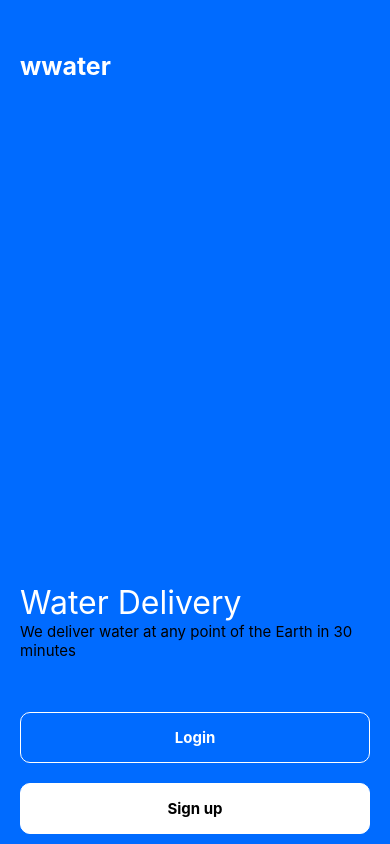
Repository: mtuguldr/myproject
Screen: /
An editor plug-in stored every save of this project. The screen is shown before and after a run of saves, followed by the edit.
The app was drawn by React Native's web renderer in a window 390 px wide. The project was rebuilt for these pictures with package versions that can differ from the ones it lists, and the page was loaded fresh each time. Also part of the build but not shown: app/Screens/HomeScreen.js.

Above is the screen before, as saved 2021-10-20 15:47:00.

After the next 2 saves:
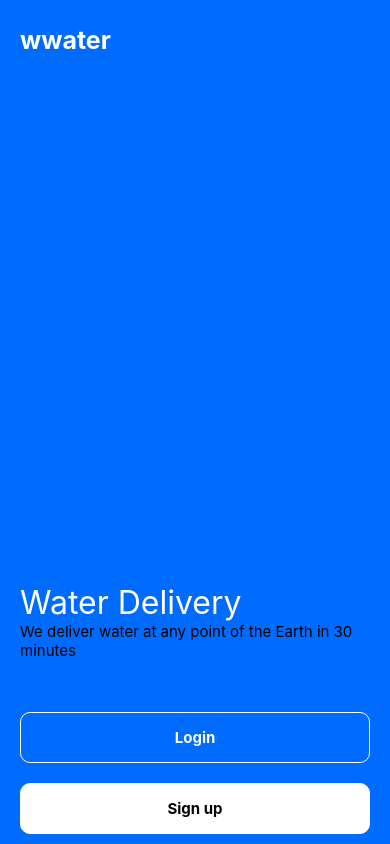
The 2 saves are shown as one change because 1 did not build or start.
The last was saved 27 s later.
--- a/app/Screens/StartScreen.js
+++ b/app/Screens/StartScreen.js
@@ -1,6 +1,5 @@
 import React from 'react'
-import { StyleSheet, Text, View } from 'react-native'
-import DeviceInfo from 'react-native-device-info'
+import { Platform, StyleSheet, Text, View } from 'react-native'
 
 import Background from '../components/Background'
 import Button from '../components/Button'
@@ -49,7 +48,7 @@ const styles = StyleSheet.create({
 	},
 	logo: {
 		position: 'absolute',
-		top: DeviceInfo.hasNotch() ? hp('6%') : hp('3%'),
+		top: Platform.OS === 'ios' ? hp('6%') : hp('3%'),
 		left: MARGIN_HORIZONTAL,
 	},
 	title: {
